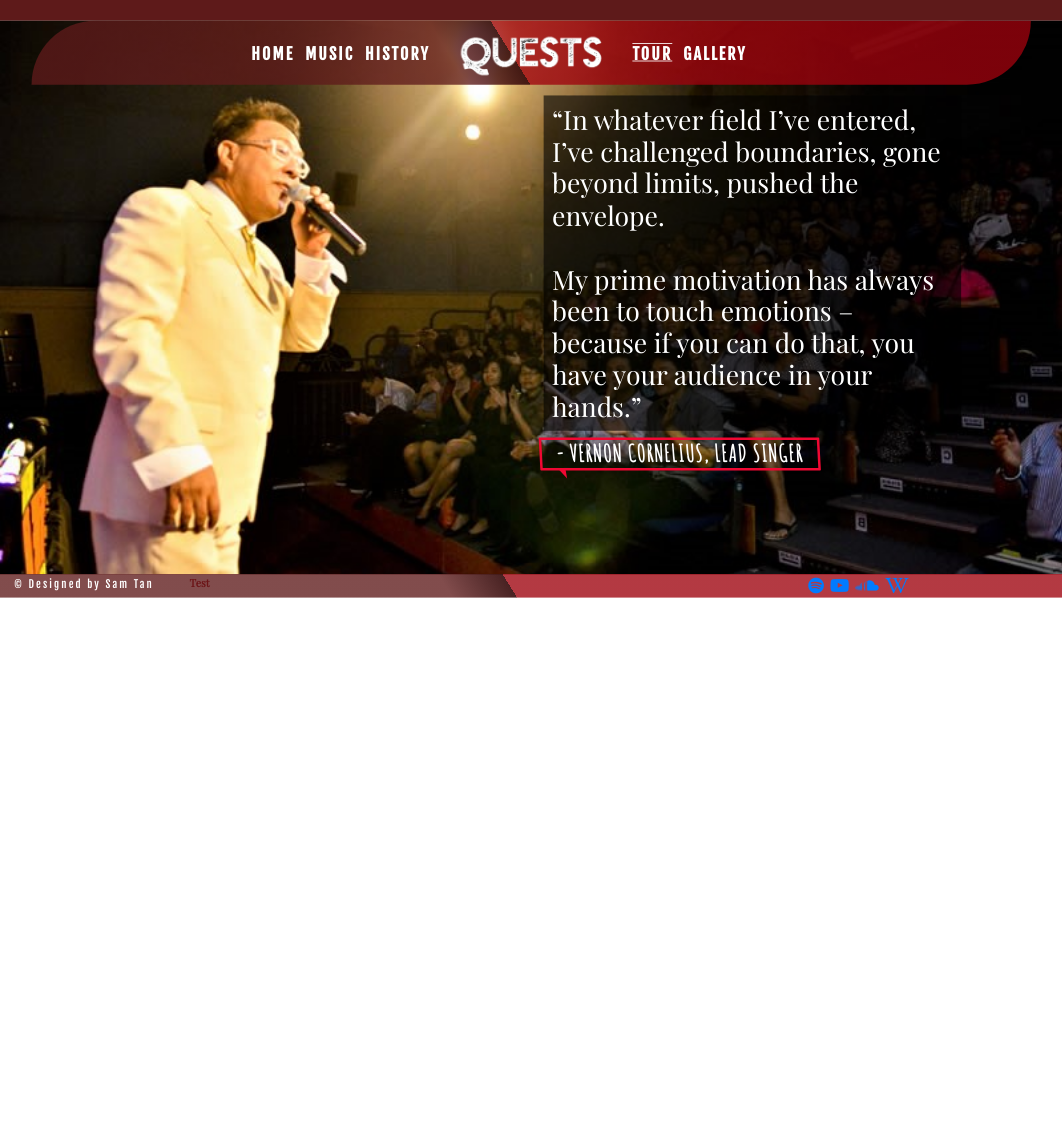
Repository: SamLookingGlass/User-Centric-Frontend-Development-Project
Page: tour.html
The author's editor kept a record of every edit. The page is drawn from the files as they stood at one moment, then again after the next edit.
The browser window is 1280 px wide. The pictures show the whole page, at 83% of full size.
Some web libraries are served in a nearby version.

Above is the page before.

### tour.html
<!doctype html>
<html lang="en">

<head>
    <!-- Required meta tags -->
    <meta charset="utf-8">
    <meta name="viewport" content="width=device-width, initial-scale=1, shrink-to-fit=no">

    <!-- Bootstrap CSS -->
    <link rel="stylesheet" href="https://maxcdn.bootstrapcdn.com/bootstrap/4.0.0/css/bootstrap.min.css" integrity="sha384-Gn5384xqQ1aoWXA+058RXPxPg6fy4IWvTNh0E263XmFcJlSAwiGgFAW/dAiS6JXm" crossorigin="anonymous">

    <!-- Google Fonts CSS -->
    <link href="https://fonts.googleapis.com/css?family=Fjalla+One&display=swap" rel="stylesheet">
    <link href="https://fonts.googleapis.com/css?family=Amatic+SC&display=swap" rel="stylesheet">
    <link href="https://fonts.googleapis.com/css?family=Playfair+Display&display=swap" rel="stylesheet">

    <!-- Font Awesoe CSS -->
    <link rel="stylesheet" href="https://cdnjs.cloudflare.com/ajax/libs/font-awesome/4.7.0/css/font-awesome.min.css">

    <!-- Own Stylesheet -->
    <link href="style.css" rel="stylesheet" type="text/css" />

    <title>The Quests Official - Tour</title>
</head>

<body id="borderhome">
    <!--<div class="container-fluid" style="height:2vw"></div>-->
    <nav class="fontnew" id="navbg">
        <div class="container-fluid">
            <div class="row d-lg-flex">
                <div class="col-5 navnew navleft d-flex justify-content-end">
                    <ul class="d-flex">
                        <li><a href="home.html">HOME</a></li>
                        <li><a href="music.html">MUSIC</a></li>
                        <li><a href="history.html">HISTORY</a></li>
                    </ul>
                </div>
                <div class="col-2 d-lg-flex justify-content-center">
                    <a class="" href="home.html">
                     <img id="navlogo" class="img-fluid" src="images/logo/logo.png" alt="Quests Logo">
                </a>
                </div>
                <div class="col-5 navnew navright d-lg-flex justify-content-start">
                    <ul class="d-flex">
                        <li id="active"><a href="tour.html">TOUR</a></li>
                        <li><a href="gallery.html">GALLERY</a></li>
                    </ul>
                </div>
            </div>
        </div>
    </nav>
    <section class="tour-background">
        <div style="height:500pt" class="container-fluid">
            <div class="row">
                <div class="col-1"></div>
                <div class="col-5"></div>
                <div class="col-5 fonttypo">
                    <div>
                        <h2 class="cardbod cardbod-tour">
                            “In whatever field I’ve entered, I’ve challenged boundaries, gone beyond limits, pushed the envelope.
                            <br>
                            <br> My prime motivation has always been to touch emotions – because if you can do that, you have your audience in your hands.”
                            <br>
                        </h2>
                        <h3 class="blockheader1 ">
                            - Vernon Cornelius, Lead Singer
                        </h3>
                    </div>
                    <div class="col-1"></div>
                </div>
            </div>
    </section>
    <section>
        <div style="height:500pt" class="container-fluid fonttypo-gallery">
            <div class="row">
                <div class="col-2"></div>
                <div class="col-8">
                    Test
                </div>
                <div class="col-2"></div>
            </div>
        </div>
    </section>
    <footer class="fixed-bottom fontfooter" id="navbg1">
        <div class="container-fluid">
            <div class="row">
                <div class="col-3">© Designed by Sam Tan </div>
                <div class="col-6 d-lg-flex justify-content-center"></div>
                <div class="col-3">
                    <!--<a href=""><i class="fa fa-facebook-square" style="font-size:22px"></i></a>-->
                    <a href="https://open.spotify.com/artist/4AOgY5YwQw4d5pgEX3f56A" target="_blank"><i class="fa fa-spotify" style="font-size:22px"></i></a>
                    <a href="https://www.youtube.com/user/JoeWuSeattleWaUSA/featured" target="_blank"><i class="fa fa-youtube-play" style="font-size:22px"></i></a>
                    <a href="https://soundcloud.com/user-73693220/keith-locke-the-quests-dont-1" target="_blank"><i class="fa fa-soundcloud" style="font-size:22px"></i></a>
                    <a href="https://en.wikipedia.org/wiki/The_Quests" target="_blank"><i class="fa fa-wikipedia-w" style="font-size:22px"></i></a>
                </div>
            </div>
        </div>
    </footer>

    <!-- Optional JavaScript -->
    <!-- jQuery first, then Popper.js, then Bootstrap JS -->
    <script src="https://code.jquery.com/jquery-3.2.1.slim.min.js" integrity="sha384-KJ3o2DKtIkvYIK3UENzmM7KCkRr/rE9/Qpg6aAZGJwFDMVNA/GpGFF93hXpG5KkN" crossorigin="anonymous"></script>
    <script src="https://cdnjs.cloudflare.com/ajax/libs/popper.js/1.12.9/umd/popper.min.js" integrity="sha384-ApNbgh9B+Y1QKtv3Rn7W3mgPxhU9K/ScQsAP7hUibX39j7fakFPskvXusvfa0b4Q" crossorigin="anonymous"></script>
    <script src="https://maxcdn.bootstrapcdn.com/bootstrap/4.0.0/js/bootstrap.min.js" integrity="sha384-JZR6Spejh4U02d8jOt6vLEHfe/JQGiRRSQQxSfFWpi1MquVdAyjUar5+76PVCmYl" crossorigin="anonymous"></script>
</body>

</html>

### style.css
/*Sanity Checks*/
.blue {
    background-color:blue;

}
.bod {
    border:solid 1px black;
}

.shadow-black {
    text-shadow: 2px 2px black;
}

.shadow-grey {
    text-shadow: 2px 1px grey;
}

/*Home Styling*/
.cardbod {
    margin-top:7vw;
    padding:0.5vw;
    display: flex;
    flex-direction: column;
}

/*Arrow Test https://codepen.io/raf187/pen/BvgGRQ*/
.red {
    margin-top:17vw;
}
body{
  margin-top: 0;
  padding: 0;
}
.arrow{
    position: absolute;
    top: 50%;
    left: 50%;
    transform: translate(-50%,-50%);
}
.arrow span{
    display: block;
    width: 30px;
    height: 30px;
    border-bottom: 5px solid rgb(158,2,13,0.7);
    border-right: 5px solid rgb(158,2,13,0.7);
    transform: rotate(45deg);
    margin: -12px;
    animation: animate 2s infinite;
}
.arrow span:nth-child(2){
    animation-delay: -0.2s;
}
.arrow span:nth-child(3){
    animation-delay: -0.4s;
}

@keyframes animate {
    0%{
        opacity: 0;
        transform: rotate(45deg) translate(-20px,-20px);
    }
    50%{
        opacity: 1;
    }
    100%{
        opacity: 0;
        transform: rotate(45deg) translate(20px,20px);
    }
}

/**/
#borderhome {
    border-top: solid 2vw rgb(94,26,26);
}

/*Parralax Scrolling */
.parralax {
    background-color:teal;
    height:480pt;
    background-attachment: fixed;
    background-position: center;
    background-repeat: no-repeat;
    background-size: cover;
}

.notparralax {
    background-image:url("images/background/background3.jpg");
    height:400pt;
    background-attachment: fixed;
    background-position: center;
    background-repeat: no-repeat;
    background-size: cover;
}

.notparralax div {
    padding-top:1vw;
}

#navbg {
    background:rgb(94,26,26);
    background:linear-gradient(58deg, rgba(94,26,26,0.78) 42%, rgba(52,10,10,0.9) 48%, rgba(158,2,13,0.78) 48%);
    /*margin: 0 3vw; */
    border-radius:15vw 0 15vw 0;
    position:absolute;
    z-index:1;
    left:0;
    right:0;
    margin:auto 3vw;
}

#navbg1 {
    background:rgb(94,26,26);
    background:linear-gradient(58deg, rgba(94,26,26,0.78) 42%, rgba(52,10,10,0.9) 48%, rgba(158,2,13,0.78) 48%);
    /*margin: 0 2vw; */
    /*border-radius:15vw 15vw 0 0;*/
}

.navbgz {
        position:absolute;
        z-index:1;
}
#active {
    text-decoration: underline overline;
}

.badgedesign {
    margin:10pt;
    padding:10pt;
    border: solid white 2pt;
    background-color:rgba(0, 0, 0, 0.6);
}

#navlogo {
   filter: invert(1);
   padding-top: 1.5vw;
}
.navnew li a {
    color: white;
}

.navnew li a:hover {
    text-decoration: underline overline;
}

.navnew li {
    text-decoration: none;
    list-style: none;
    padding-top: 1.5vw;
    margin: 5pt;
    font-size: 1.5vw;
    font-weight: bold;
}

.navright ul {
    position: relative;
    padding-left:0;
}

.navleft ul {
    position: relative;
    padding-right:0;
}

.fontnew {
    color:white;
    font-size: 1.3vw;
    font-family: 'Fjalla One', sans-serif;
    letter-spacing:0.2vw;

}

.fonttypo {
    font-family: 'Playfair Display', serif;
    color:white;
    font-size: 1vw;
    font-weight:bolder;
}

.fontfooter {
    color:white;
    font-size: 1vw;
    font-family: 'Fjalla One', sans-serif;
    letter-spacing:0.2vw;
    padding:0.18vw;
}

.logos i {
    padding-right:0.2vw;
    color:white;
    font-size:22px;
}

.logos i:hover {
    color:black;
}

#sec1 h1, p{
    padding:5pt;
    margin:10pt;
}

#videobg {
    z-index: -1;
    position: fixed;
    right: 0;
    bottom: 0;
    min-width: 100%;
    min-height: 120%;
}

@media (min-aspect-ratio: 16/9) {
    #videobg {
        width: 100%;
        height: auto;
    }
}

@media (min-aspect-ratio: 16/9) {
    #videobg {
        width: auto;
        height: 100%;
    }
}

/*edit size*/
@media (max-width: 200px) {
    #videobg {
        display: none;
    }
    body {
        background: url("");
        background-size: cover;
    }
}

/*Newsletter Form*/
/*To reference DNCE*/
.formbackground {
    margin-top:5vw;
    background-color:rgba(0, 0, 0, 0.8);
    padding:2vw;
}
#formcta {
    text-align: center;
    line-height: 1;
    cursor: pointer;
    vertical-align: middle;
    padding: .85em 1em;
    color: #fefefe;
    font-weight: 700;
    border-radius: 1px;
    margin: 0 10px 0 auto;
    border: none;
    transition: background .2s ease-in-out;
    font-size: 1rem;
    outline: 0;
    letter-spacing: .1em;
    text-transform: uppercase;
}

/*To reference DNCE*/
.blockheader1 {
    display: inline-block;
    font-family: "Amatic SC",cursive;
    font-weight: 700;
    border: 3px solid #f00833;
    color: white;
    padding: 0 1.125rem;
    margin: 0;
    border-radius: 1px;
    clear: both;
    letter-spacing: .05em;
    text-align: left;
    width: auto;
    text-transform: uppercase;
    position: relative;
    left: -1%;
    transform: skew(3deg);
}
.blockheader1::after {
    content: '';
    width: 0;
    height: 0;
    top: auto;
    border-style: solid;
    border-width: 12px 0 0 8px;
    border-color: #f00833 transparent transparent;
    position: absolute;
    bottom: -13px;
    left: 6%;
    z-index: 0;
    transform: rotate(-7deg);
}

#red-font {
    color: #f00833;
}

/*Gallery Styling*/


.fonttypo-gallery {
    font-family: 'Playfair Display', serif;
    color:rgb(158,2,13);
    font-size: 1vw;
    font-weight:bolder;
}

/*Reference for Gallery Images https://codepen.io/ozzy21/pen/JqgrvP*/

#gallerybod {
  margin: 0;
  padding: 0;
}
.container {
  width: 100%;
  display: grid;
  grid-auto-flow: dense;
  grid-template:
    "1fr 1fr 1fr 1fr 1fr" 33.33vh
    "1fr 1fr 1fr 1fr 1fr" 33.33vh
    "1fr 1fr 1fr 1fr 1fr" 33.33vh;
}

.container .box {
  position: relative;
  background: #ccc;
}
.container .box.a {
  grid-row: span 2;
}
.container .box.b,
.container .box.f,
.container .box.h,
.container .box.j {
  grid-column: span 2;
}
.container .box img {
  position: absolute;
  top: 0;
  left: 0;
  width: 100%;
  height: 100%;
  object-fit: cover;
}
@media (max-width: 991px) {
  .container {
    grid-template:
      "1fr 1fr 1fr" 250px
      "1fr 1fr 1fr" 250px
      "1fr 1fr 1fr" 250px
      "1fr 1fr 1fr" 250px
      "1fr 1fr 1fr" 250px;
  }
}
@media (max-width: 768px) {
  .container {
    grid-template:
      "1fr 1fr" 200px
      "1fr 1fr" 200px
      "1fr 1fr" 200px
      "1fr 1fr" 200px
      "1fr 1fr" 200px
      "1fr 1fr" 200px
      "1fr 1fr" 200px;
  }
}
.container .box.h {
  grid-column: span 1;
}

/*Music Styling*/
.cardbod-left {
    margin-top:13.1vw;
}

.cardbod-right {
    margin-top:9.1vw;
}

.cardbod-right div{
    margin:0.2vw;
}

.music-background {
    background-image: url("images/background/background4.jpg");
    background-position: center;
    background-repeat: no-repeat;
    background-size: cover;
    z-index:-1;
}

/*Tour Styling*/
.tour-background {
    background-image: url("images/background/background2.jpg");
    background-position: center;
    background-repeat: no-repeat;
    background-size: cover;
    z-index:-1;
}

.cardbod-tour {
    background-color: rgba(0,0,0,0.6);
    padding:10px;
}


.albumclass td img {
    width:6vw;
    margin-right:2vw;
    box-shadow: 0 4px 8px 0 rgba(0, 0, 0, 0.4), 0 10px 20px 0 rgba(0, 0, 0, 0.4);
}

.table th, .table td {
  vertical-align: baseline;
}

.table {
    margin-bottom:0;
}

/*History Styling*/
.history-background {
    background-image: url("images/gallery/image8.jpg");
    background-position: center;
    background-repeat: no-repeat;
    background-size: cover;
    z-index:-1;
}

.cardbod-left-history {
    margin-top:11.1vw;
}

.fonttypo-history {
    font-family: 'Playfair Display', serif;
    color:rgb(158,2,13);
    font-size: 1.5vw;
    font-weight:bolder;
}

After the next edit:
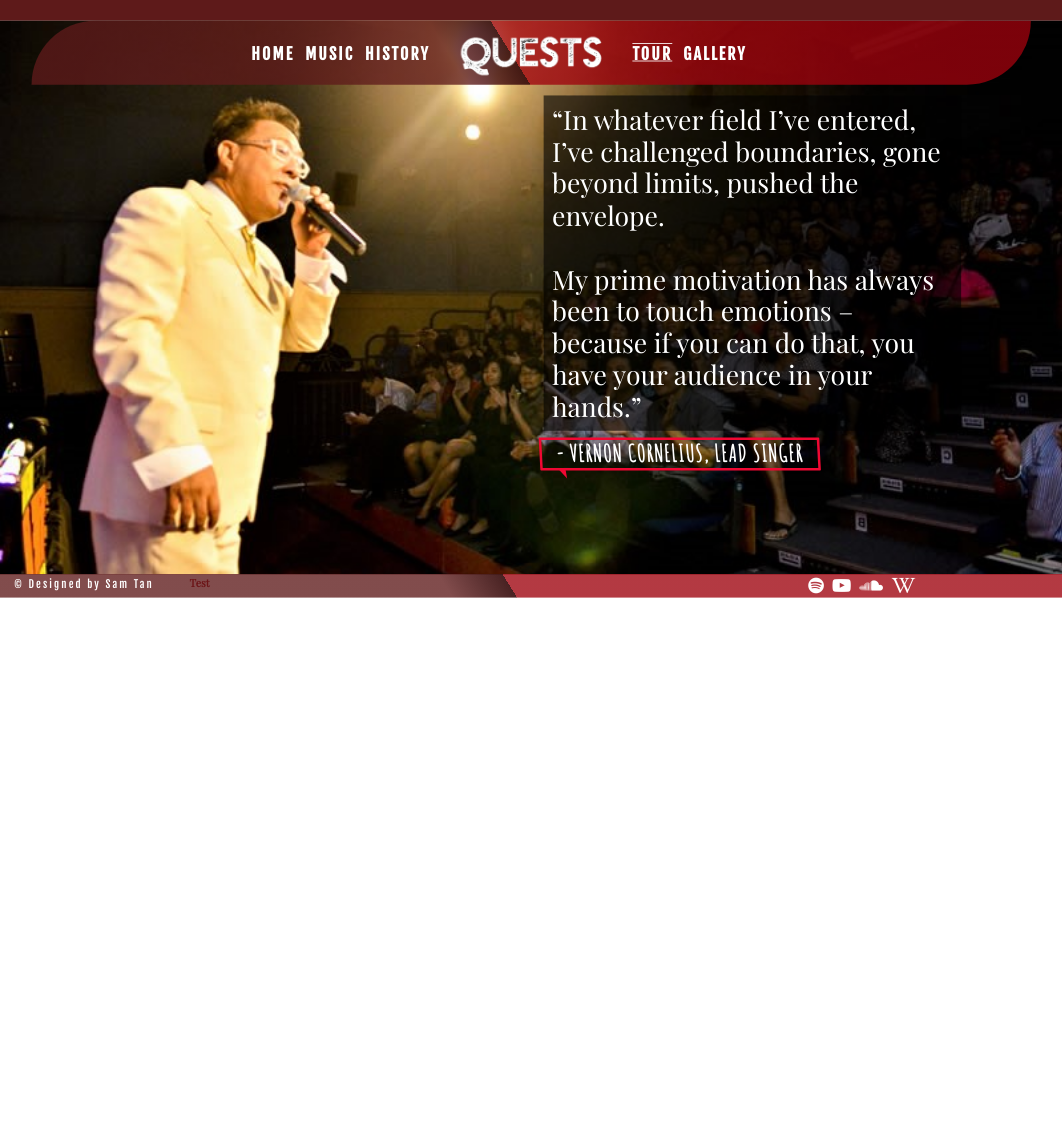
The edit:
--- a/tour.html
+++ b/tour.html
@@ -86,12 +86,11 @@
             <div class="row">
                 <div class="col-3">© Designed by Sam Tan </div>
                 <div class="col-6 d-lg-flex justify-content-center"></div>
-                <div class="col-3">
-                    <!--<a href=""><i class="fa fa-facebook-square" style="font-size:22px"></i></a>-->
-                    <a href="https://open.spotify.com/artist/4AOgY5YwQw4d5pgEX3f56A" target="_blank"><i class="fa fa-spotify" style="font-size:22px"></i></a>
-                    <a href="https://www.youtube.com/user/JoeWuSeattleWaUSA/featured" target="_blank"><i class="fa fa-youtube-play" style="font-size:22px"></i></a>
-                    <a href="https://soundcloud.com/user-73693220/keith-locke-the-quests-dont-1" target="_blank"><i class="fa fa-soundcloud" style="font-size:22px"></i></a>
-                    <a href="https://en.wikipedia.org/wiki/The_Quests" target="_blank"><i class="fa fa-wikipedia-w" style="font-size:22px"></i></a>
+                <div class="col-3 footerlogo logos">
+                    <a href="https://open.spotify.com/artist/4AOgY5YwQw4d5pgEX3f56A" target="_blank"><i class="fa fa-spotify"></i> </i></a>
+                    <a href="https://www.youtube.com/user/JoeWuSeattleWaUSA/featured" target="_blank"><i class="fa fa-youtube-play"></i></a>
+                    <a href="https://soundcloud.com/user-73693220/keith-locke-the-quests-dont-1" target="_blank"><i class="fa fa-soundcloud"></i></a>
+                    <a href="https://en.wikipedia.org/wiki/The_Quests" target="_blank"><i class="fa fa-wikipedia-w"></i></a>
                 </div>
             </div>
         </div>
